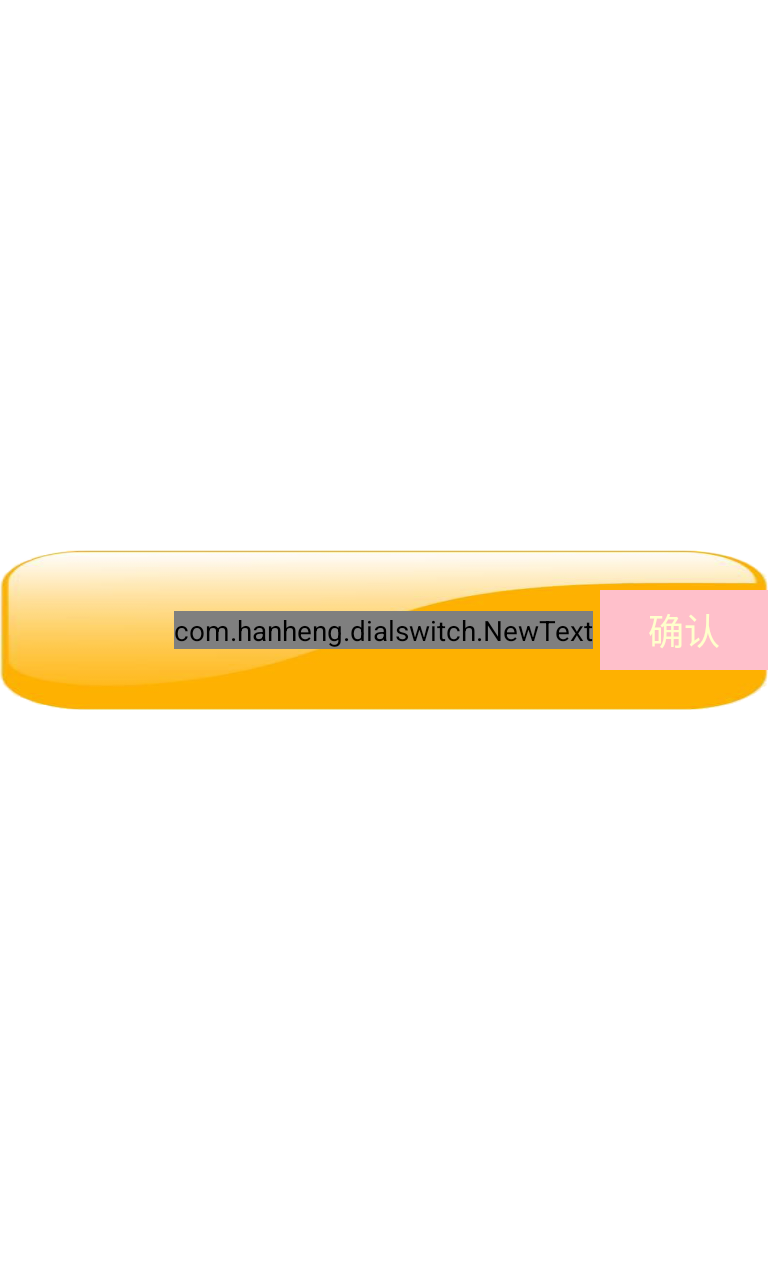
Repository: CovaWang/temporary_embedded
Layout: 7#车联·共享单车/代码/代码/res/layout/display.xml
These files come from the project's save history. The layout is drawn as it stood at one moment and after the next save; the edit follows.
Pictures or frames that could not be fetched are drawn as grey boxes. It is drawn on a 768 x 1280 px phone screen (xhdpi) without system bars, with theme AppTheme; the app's code is not run.

Above is the layout before, as saved 2024-05-15 11:29:51.

After the next save:
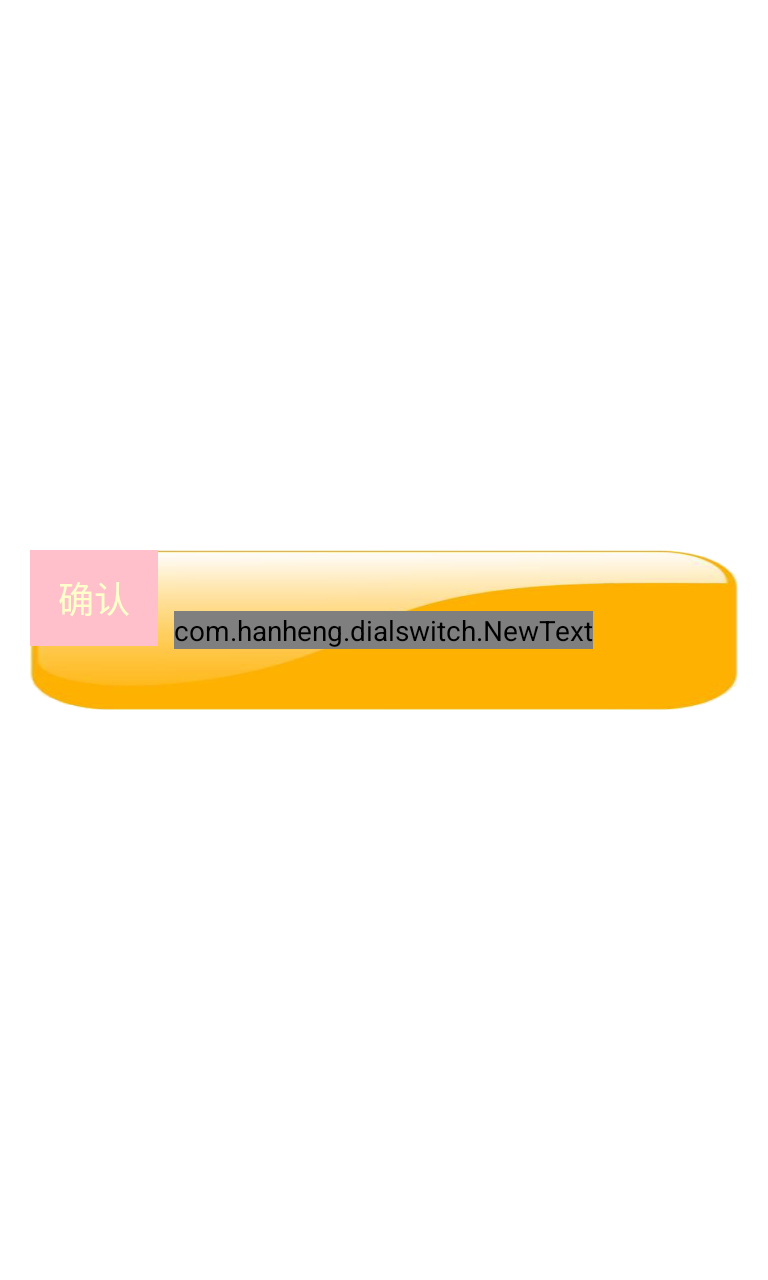
Saved 88 s later.
--- a/7#车联·共享单车/代码/代码/res/layout/display.xml
+++ b/7#车联·共享单车/代码/代码/res/layout/display.xml
@@ -33,10 +33,9 @@
             android:textStyle="bold" />
       <Button
         android:id="@+id/temp_btn"
-        android:layout_width="100dp"
-        android:layout_height="40dp"
-        android:layout_marginTop="20dp"
-        android:layout_marginLeft="300dp"
+        android:layout_width="wrap_content"
+        android:layout_height="wrap_content"
+     	android:gravity="center"
         android:background="#FFC0CB"
         android:text="确认"
         android:textColor="#FFC" />
